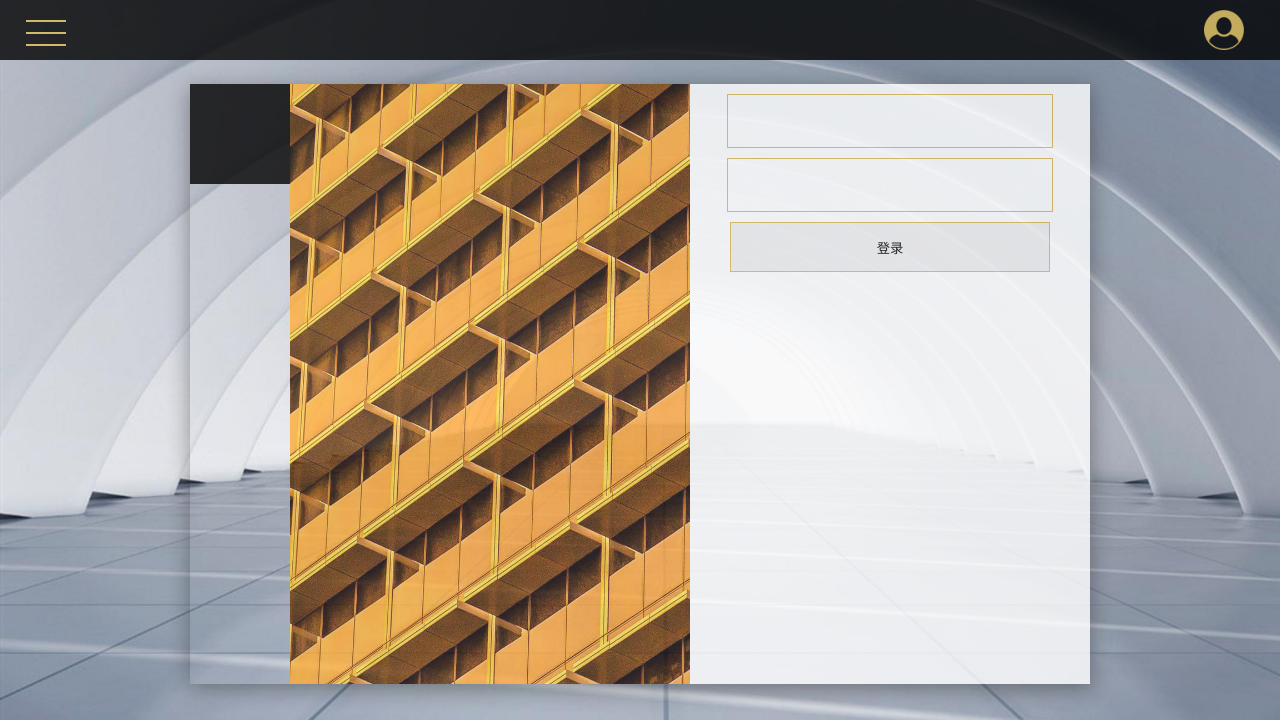
Repository: ustc-hzy/ziYang
Page: login.html
The author's editor kept a copy of each file at every save. The page is drawn from the files as they stood at one save, then again after the next save.
The browser window is 1280 px wide. The pictures show the whole page.

Above is the page before, as saved 2020-06-19 13:22:57.

After the next save:
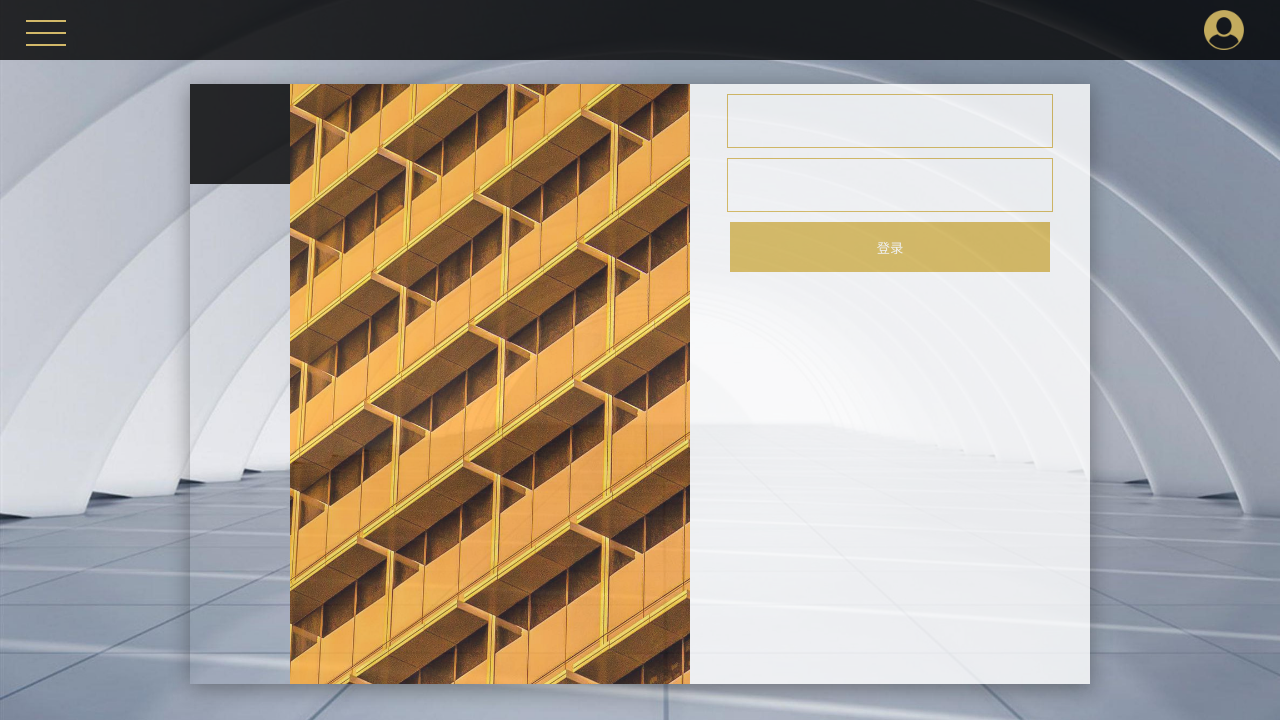
Saved 10 s later.
--- a/css/login.css
+++ b/css/login.css
@@ -79,5 +79,6 @@ body {
     border: 1px solid #dbba53;
 }
 .login-card .submit{
-
+    background-color: #dbba53;
+    color: #ffffff;
 }
